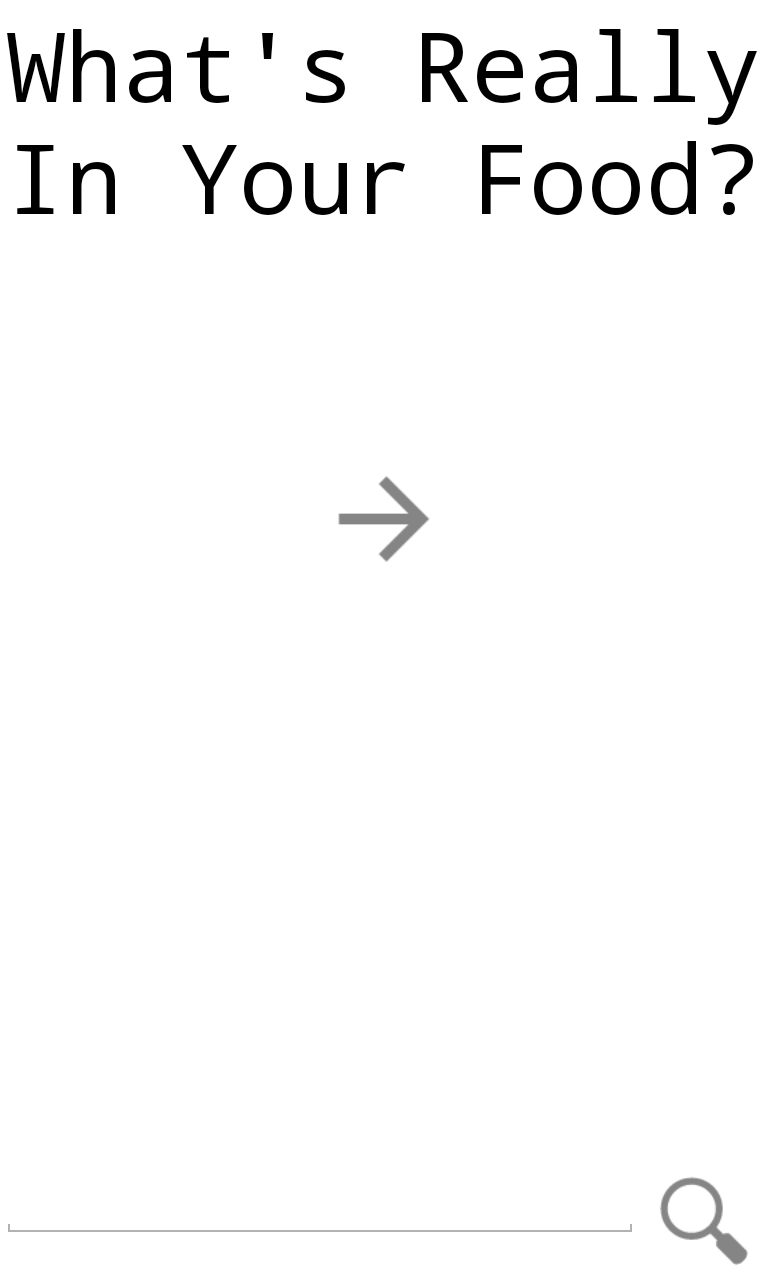
Repository: sehmon/workspace-eclipse
Layout: WhatAmIEating/res/layout/activity_scan.xml
The author's editor kept a copy of each file at every save. The layout is drawn from the files as they stood at one save, then again after the next save.
It is drawn on a 768 x 1280 px phone screen (xhdpi) without system bars, with theme android:Theme.Holo.Light.NoActionBar.Fullscreen; the app's code is not run. The app's manifest (not shown) leaves right-to-left support off. So textAlignment, textDirection and layoutDirection are ignored, and left and right values win over start and end ones.

Above is the layout before, as saved 2014-04-13 11:19:27.

After the next save:
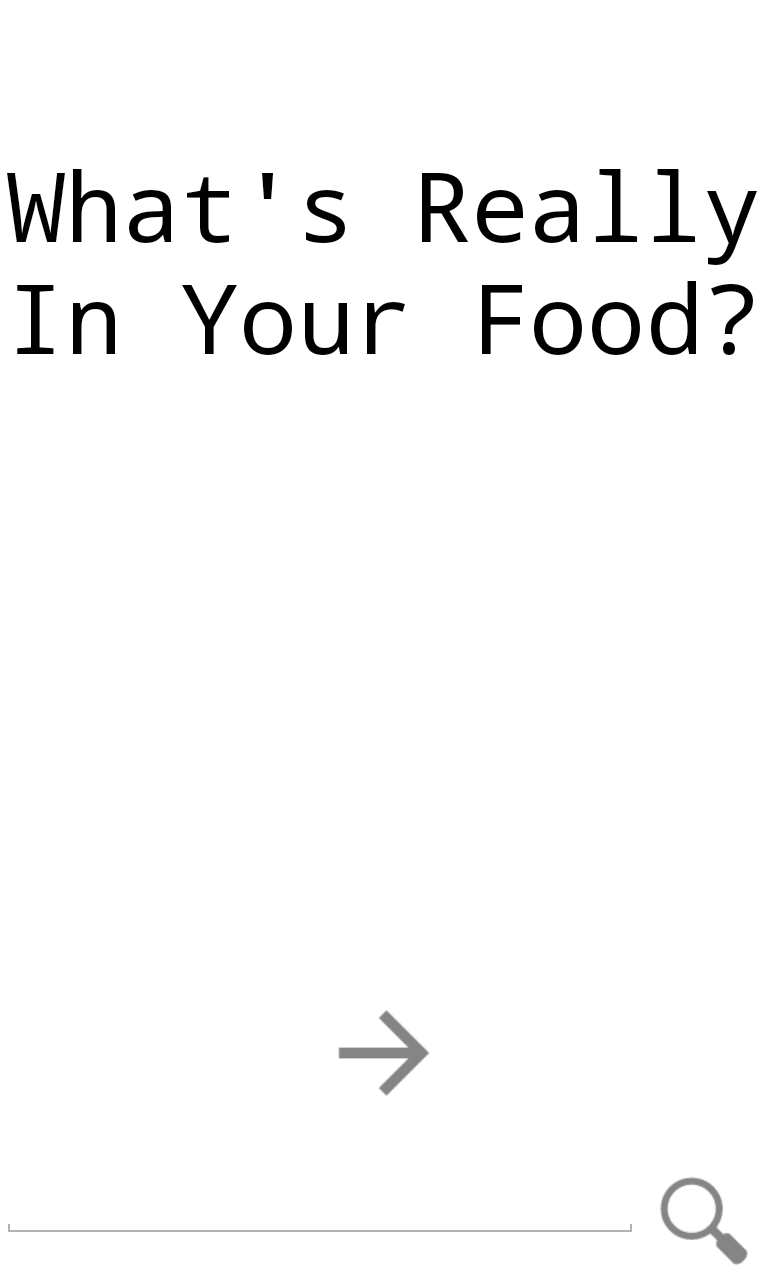
Saved 23 s later.
--- a/WhatAmIEating/res/layout/activity_scan.xml
+++ b/WhatAmIEating/res/layout/activity_scan.xml
@@ -23,12 +23,23 @@
         android:background="#0000"
         android:src="@drawable/ic_action_search" />
 
+    <ImageButton
+        android:id="@+id/scanButton"
+        android:layout_width="wrap_content"
+        android:layout_height="wrap_content"
+        android:layout_above="@+id/editText1"
+        android:layout_centerHorizontal="true"
+        android:layout_marginBottom="22dp"
+        android:background="#0000"
+        android:src="@drawable/ic_action_forward" />
+
     <TextView
         android:id="@+id/textView1"
         android:layout_width="wrap_content"
         android:layout_height="wrap_content"
         android:layout_alignParentLeft="true"
         android:layout_alignParentTop="true"
+        android:layout_marginTop="70dp"
         android:gravity="center_horizontal"
         android:text="What&apos;s Really In Your Food?"
         android:textAlignment="center"
@@ -36,14 +47,4 @@
         android:textSize="48sp"
         android:typeface="monospace" />
 
-    <ImageButton
-        android:id="@+id/scanButton"
-        android:layout_width="wrap_content"
-        android:layout_height="wrap_content"
-        android:layout_below="@+id/textView1"
-        android:layout_centerHorizontal="true"
-        android:layout_marginTop="107dp"
-        android:background="#0000"
-        android:src="@drawable/ic_action_forward" />
-
 </RelativeLayout>
